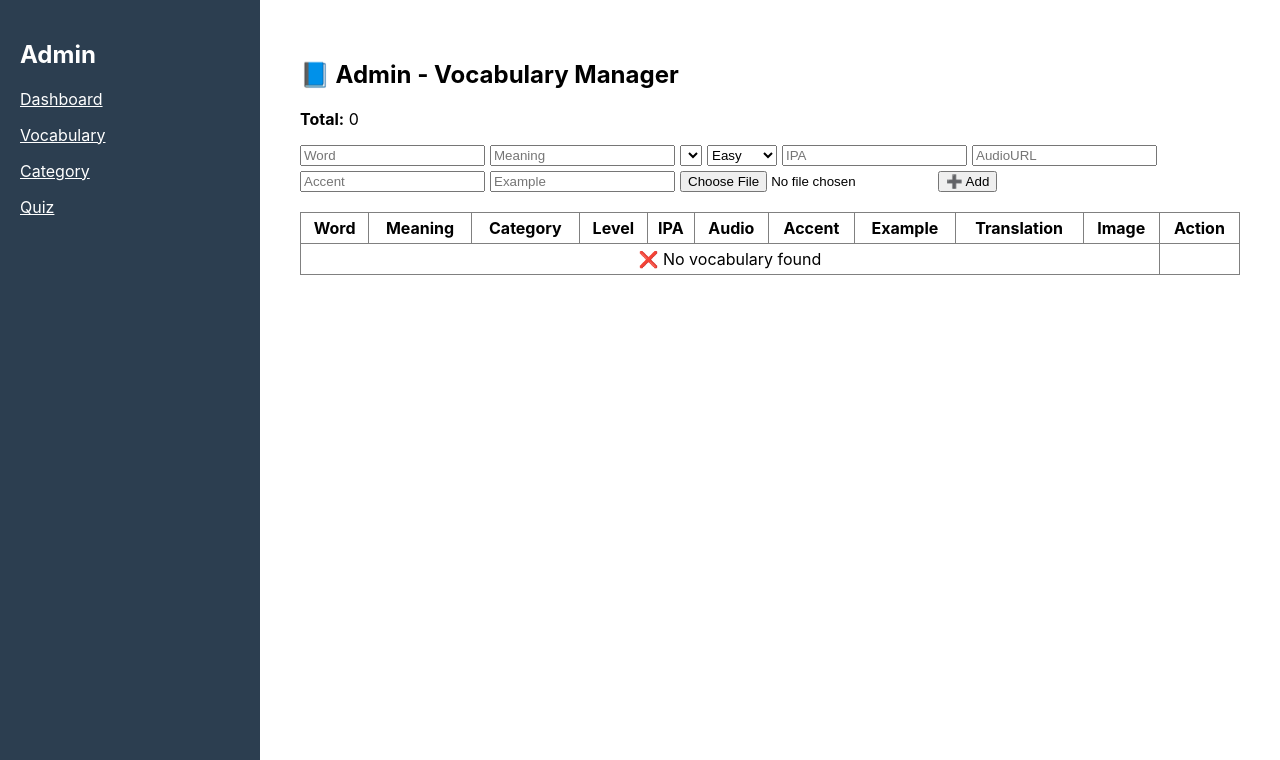
Repository: Vu-Tien-Duc/LearnEnglish-with-API
Page: /admin/vocabulary
An editor plug-in stored every save of this project. The page is shown before and after the next save, followed by the edit.
The browser window is 1280 px wide. The pictures show the whole page.
The page's requests for data from a server got no answer. The project was rebuilt for these pictures with package versions that can differ from the ones it lists, and the page was loaded fresh each time. No one was signed in, and anything a server would have sent is missing. Also part of the build but not shown: src/pages/Login.jsx, src/pages/admin/CategoryManager.jsx, src/pages/admin/Dashboard.jsx.

Above is the page before, as saved 2026-03-22 18:28:24.

After the next save:
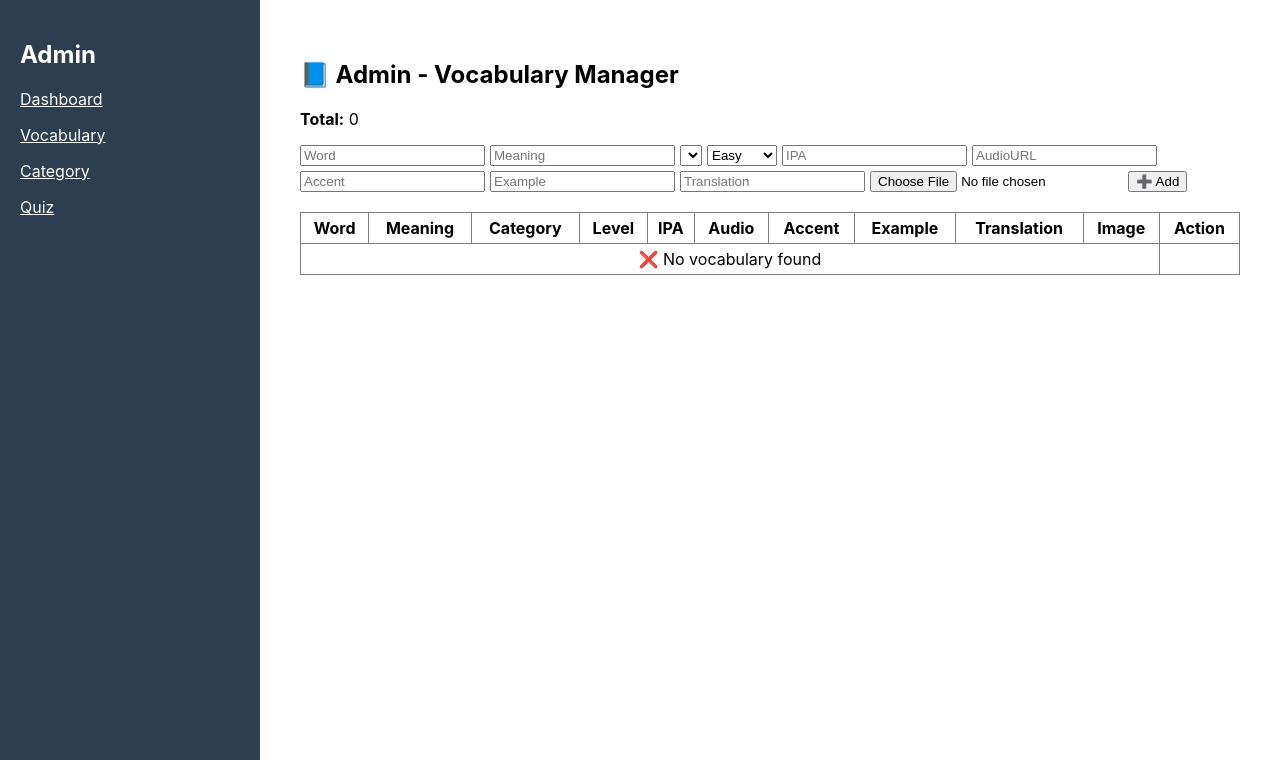
Saved 13 min 34 s later.
--- a/src/pages/admin/VocabularyManager.jsx
+++ b/src/pages/admin/VocabularyManager.jsx
@@ -196,7 +196,11 @@ function VocabularyManager() {
           value={form.ExampleSentence}
           onChange={(e) => setForm({ ...form, ExampleSentence: e.target.value })}
         />
-
+        <input
+          placeholder="Translation"
+          value={form.Translation}
+          onChange={(e) => setForm({ ...form, Translation: e.target.value })}
+        />
        <input
           type="file"
           accept="image/*"
